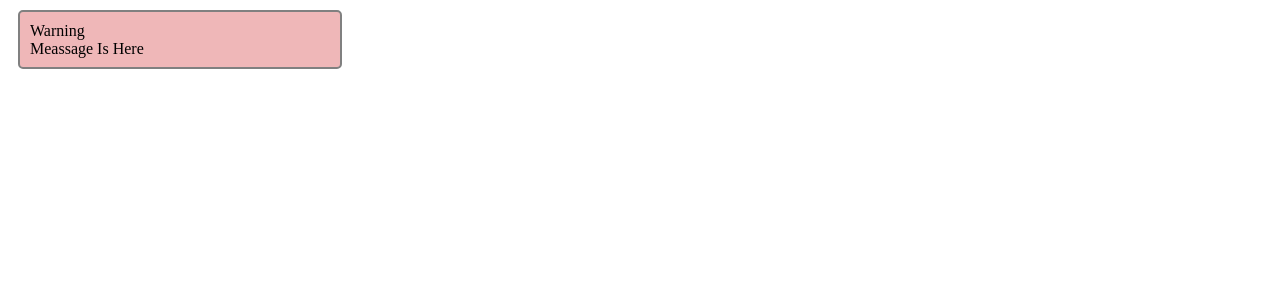
Repository: Fariaddd/javascript-1-module-3
Page: lesson2/6-reusable-html-function/index.html
The author's editor kept a copy of each file at every save. The page is drawn from the files as they stood at one save, then again after the next save.
The browser window is 1280 px wide. The pictures show the whole page.

Above is the page before, as saved 2022-02-08 14:05:19.

### lesson2/6-reusable-html-function/index.html
<!DOCTYPE html>
<html lang="en">
  <head>
    <meta charset="UTF-8" />
    <meta name="viewport" content="width=device-width, initial-scale=1.0" />
    <meta http-equiv="X-UA-Compatible" content="ie=edge" />
    <title></title>
    <script src="./handles/toostermessage.js" defer></script>
    <script src="./index.js" defer></script>
    <style>
      .toaster {
        height: 35px;
        width: 300px;
        display: flex;
        justify-content: flex-start;
        color: black;
        padding: 10px;
        border: 2px solid gray;
        border-radius: 5px;
        flex-direction: column;
        margin: 10px;
        text-transform: capitalize;
      }
      .success {
        background-color: forestgreen;
      }

      .info {
        background-color: #b2e7f5;
      }

      .warning {
        background-color: #efb7b8;
      }
    </style>
  </head>
  <body>
    <div class="container"></div>
    <div class="message-container"></div>
    <div class="success-container"></div>
    <div class="info-container"></div>
    <div class="warning-container"></div>
  </body>
</html>

### lesson2/6-reusable-html-function/handles/toostermessage.js
function createToster(type = "", message = "") {
    const html = `<div class="toaster ${type}">
                        <span>${type}</span>
                        <span>${message}</span>
                        </div>`;
    return html;


}

### lesson2/6-reusable-html-function/index.js
const messageContainer = document.querySelector(".message-container");

messageContainer.innerHTML = createToster("warning", "meassage is here")

After the next save:
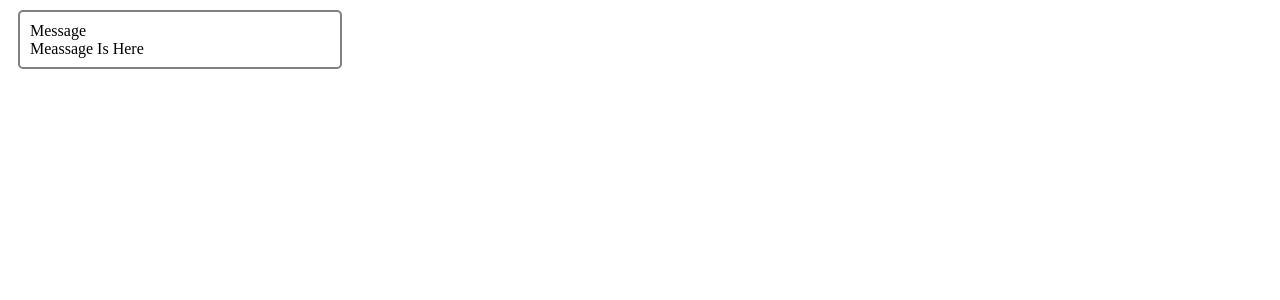
Saved 15 s later.
--- a/lesson2/6-reusable-html-function/index.js
+++ b/lesson2/6-reusable-html-function/index.js
@@ -1,3 +1,3 @@
 const messageContainer = document.querySelector(".message-container");
 
-messageContainer.innerHTML = createToster("warning", "meassage is here")
+messageContainer.innerHTML = createToster("message", "meassage is here")
